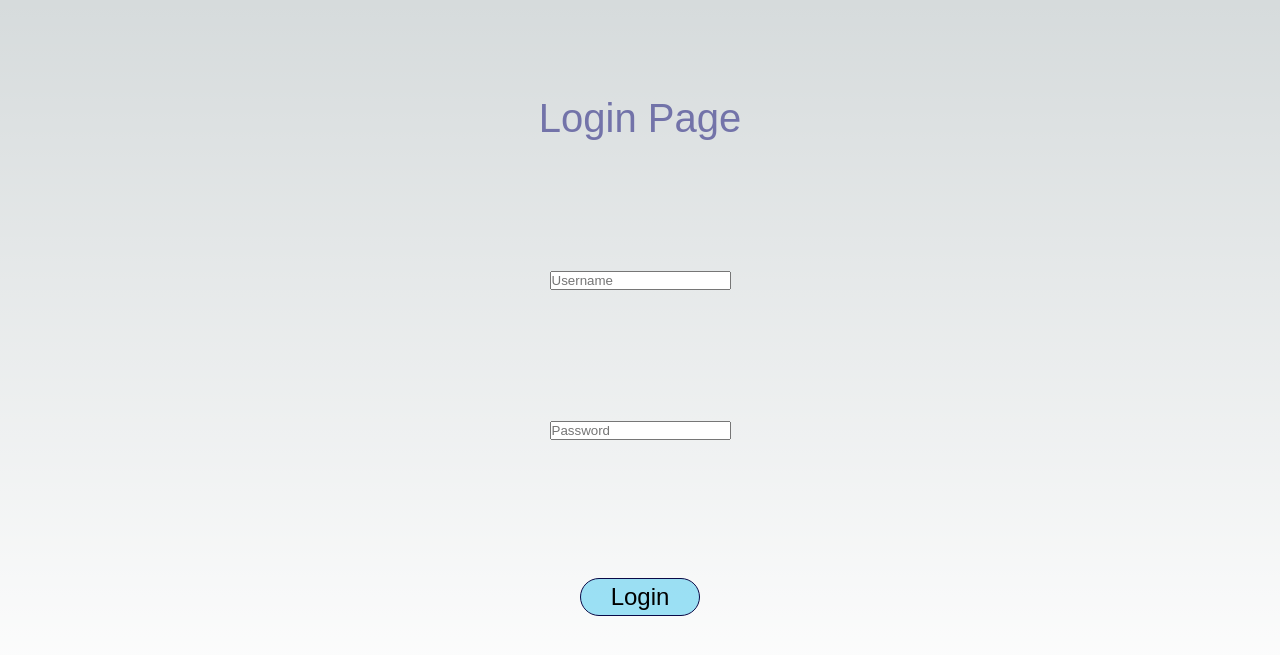
Repository: SaraShio/counter
Page: /
An editor plug-in stored every save of this project. The page is shown before and after the next save, followed by the edit.
The browser window is 1280 px wide. The pictures show the whole page.
The project was rebuilt for these pictures with package versions that can differ from the ones it lists, and the page was loaded fresh each time. The framework's server and built-in components were replaced by stand-ins that run in the browser. Also part of the build but not shown: next.config.js.

Above is the page before, as saved 2023-01-15 22:34:15.

### pages/index.js
import Head from 'next/head'
import Image from 'next/image'
import { Inter } from '@next/font/google'
import styles from '../styles/Home.module.css'
import { useEffect, useState } from 'react'
import { useRouter } from 'next/router'


const inter = Inter({ subsets: ['latin'] })

export default function Home() {

  const router = useRouter();

  const [formData, setFormData] = useState({
    firstName: '',
    username: '',
  })

  const CheckLogin = () => {
    console.log(formData.firstName);
    console.log(formData);

    if (formData.username !== null) {
      router.push({
        pathname: './counter',
        query: {
          username: formData.firstName
        }
      })
    }
  }


  return (
    <>
      <Head>
        <title>Create Next App</title>
        <meta name="description" content="Generated by create next app" />
        <meta name="viewport" content="width=device-width, initial-scale=1" />
        <link rel="icon" href="/favicon.ico" />
      </Head>
      <main className={styles.main}>
        <label>Login Page</label>
        <input
          placeholder='Username'
          type="text"
          id="first"
          name="first"
          pattern="[A-Z]{1}[a-z]{2-10}"
          title="The first letter should be uppercase"
          onChange={(e => setFormData({ ...formData, firstName: e.target.value }))}
        />

        <input
          placeholder='Password'
          type="text"
          id="username"
          name="username"
          required
          minLength="5"
          maxLength="10"
          onChange={(e => setFormData({ ...formData, username: e.target.value }))}

        />


        <button className={styles.submit} type="submit" onClick={() => CheckLogin()}>Login</button>

      </main>
    </>
  )
}

### styles/globals.css
:root {
  --max-width: 1100px;
  --border-radius: 12px;
  --font-mono: ui-monospace, Menlo, Monaco, 'Cascadia Mono', 'Segoe UI Mono',
    'Roboto Mono', 'Oxygen Mono', 'Ubuntu Monospace', 'Source Code Pro',
    'Fira Mono', 'Droid Sans Mono', 'Courier New', monospace;

  --foreground-rgb: 0, 0, 0;
  --background-start-rgb: 214, 219, 220;
  --background-end-rgb: 255, 255, 255;
  --purple: #874e93;
  --medium-purple: #6565a2e3;
  --dark-gray: #434346;
  --deep-blue: #0a0a47;
  --light-blue: #51ccf18c;
  --extra-large-header-font: 52px;
  --large-header-font: 40px;
  --medium-header-font: 32px;
  --small-header-font: 24px;
  --new-font: 'Raleway', sans-serif, 'Unbounded', cursive;
  --padding: 16px;


  --primary-glow: conic-gradient(from 180deg at 50% 50%,
      #16abff33 0deg,
      #0885ff33 55deg,
      #54d6ff33 120deg,
      #0071ff33 160deg,
      transparent 360deg);
  --secondary-glow: radial-gradient(rgba(255, 255, 255, 1),
      rgba(255, 255, 255, 0));

  --tile-start-rgb: 239, 245, 249;
  --tile-end-rgb: 228, 232, 233;
  --tile-border: conic-gradient(#00000080,
      #00000040,
      #00000030,
      #00000020,
      #00000010,
      #00000010,
      #00000080);

  --callout-rgb: 238, 240, 241;
  --callout-border-rgb: 172, 175, 176;
  --card-rgb: 180, 185, 188;
  --card-border-rgb: 131, 134, 135;
}

@media (prefers-color-scheme: dark) {
  :root {
    --foreground-rgb: 255, 255, 255;
    --background-start-rgb: 0, 0, 0;
    --background-end-rgb: 0, 0, 0;

    --primary-glow: radial-gradient(rgba(1, 65, 255, 0.4), rgba(1, 65, 255, 0));
    --secondary-glow: linear-gradient(to bottom right,
        rgba(1, 65, 255, 0),
        rgba(1, 65, 255, 0),
        rgba(1, 65, 255, 0.3));

    --tile-start-rgb: 2, 13, 46;
    --tile-end-rgb: 2, 5, 19;
    --tile-border: conic-gradient(#ffffff80,
        #ffffff40,
        #ffffff30,
        #ffffff20,
        #ffffff10,
        #ffffff10,
        #ffffff80);

    --callout-rgb: 20, 20, 20;
    --callout-border-rgb: 108, 108, 108;
    --card-rgb: 100, 100, 100;
    --card-border-rgb: 200, 200, 200;
  }
}

* {
  box-sizing: border-box;
  padding: 0;
  margin: 0;
}

html,
body {
  max-width: 100vw;
  overflow-x: hidden;
}

body {
  color: rgb(var(--foreground-rgb));
  background: linear-gradient(to bottom,
      transparent,
      rgb(var(--background-end-rgb))) rgb(var(--background-start-rgb));
}

a {
  color: inherit;
  text-decoration: none;
}

@media (prefers-color-scheme: dark) {
  html {
    color-scheme: dark;
  }
}

### styles/Home.module.css
.main {
  display: flex;
  flex-direction: column;
  justify-content: space-between;
  align-items: center;
  padding: 6rem;
  min-height: 100vh;
  color: var(--medium-purple);
  font-size: var(--large-header-font);
  font-family: var(--new-font);
}

.submit {
  background-color: var(--light-blue);
  border: 0.5px solid var(--deep-blue);
  width: 120px;
  border-radius: 1000px;
  font-size: var(--small-header-font);
  font-family: var(--new-font);
  margin: 8px;
  padding: 4px;
}

Loaded but not shown: pages/_app.js (common file); pages/_document.js (common file)

After the next save:
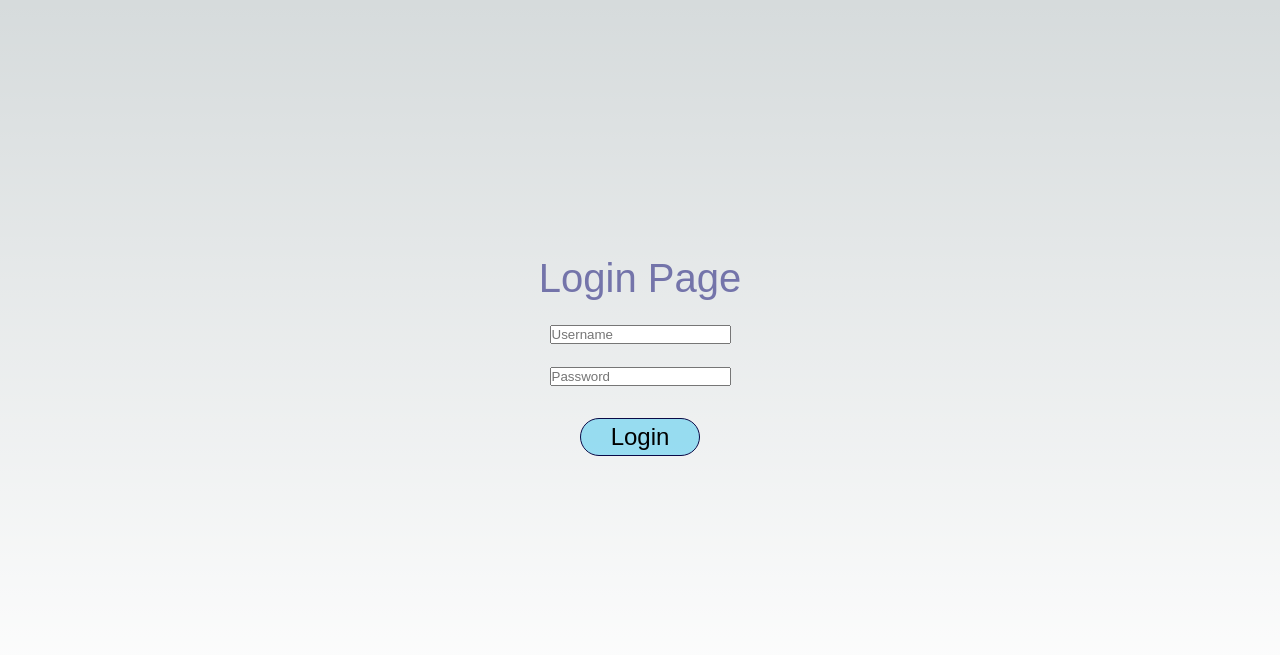
Saved 10 s later.
--- a/styles/Home.module.css
+++ b/styles/Home.module.css
@@ -3,7 +3,7 @@
   flex-direction: column;
   justify-content: space-between;
   align-items: center;
-  padding: 6rem;
+  padding: 16rem;
   min-height: 100vh;
   color: var(--medium-purple);
   font-size: var(--large-header-font);

After the save that followed:
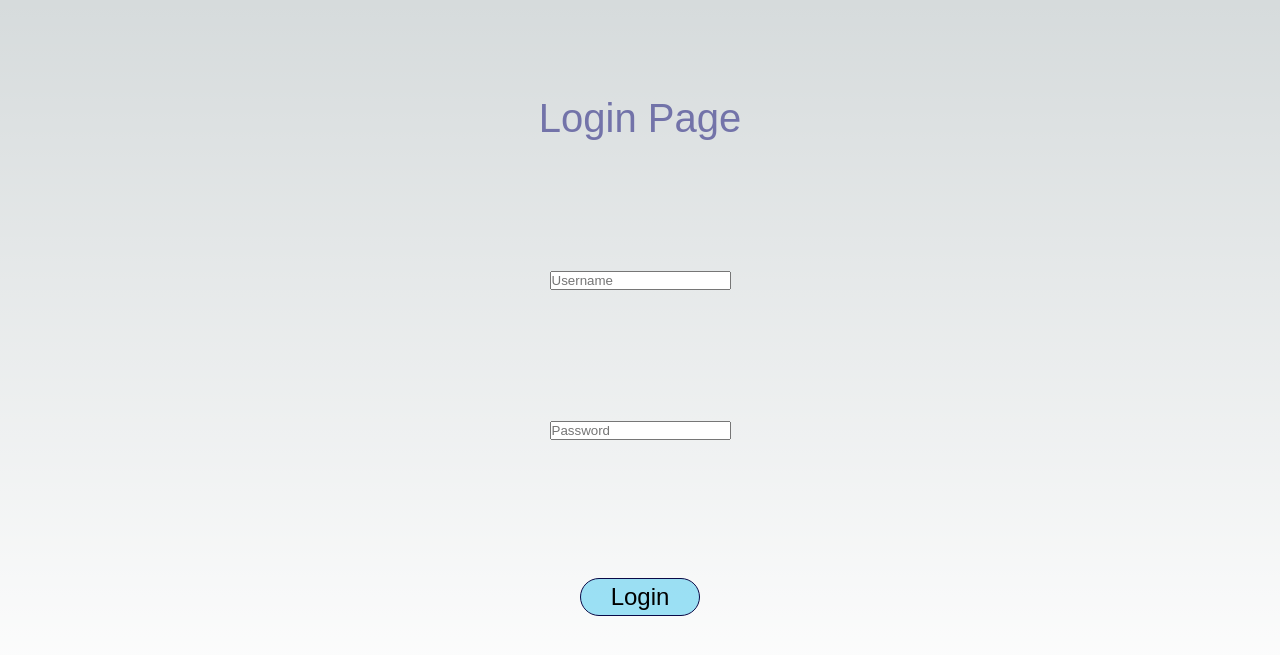
Saved 7 s later.
--- a/styles/Home.module.css
+++ b/styles/Home.module.css
@@ -3,7 +3,7 @@
   flex-direction: column;
   justify-content: space-between;
   align-items: center;
-  padding: 16rem;
+  padding: 6rem;
   min-height: 100vh;
   color: var(--medium-purple);
   font-size: var(--large-header-font);
